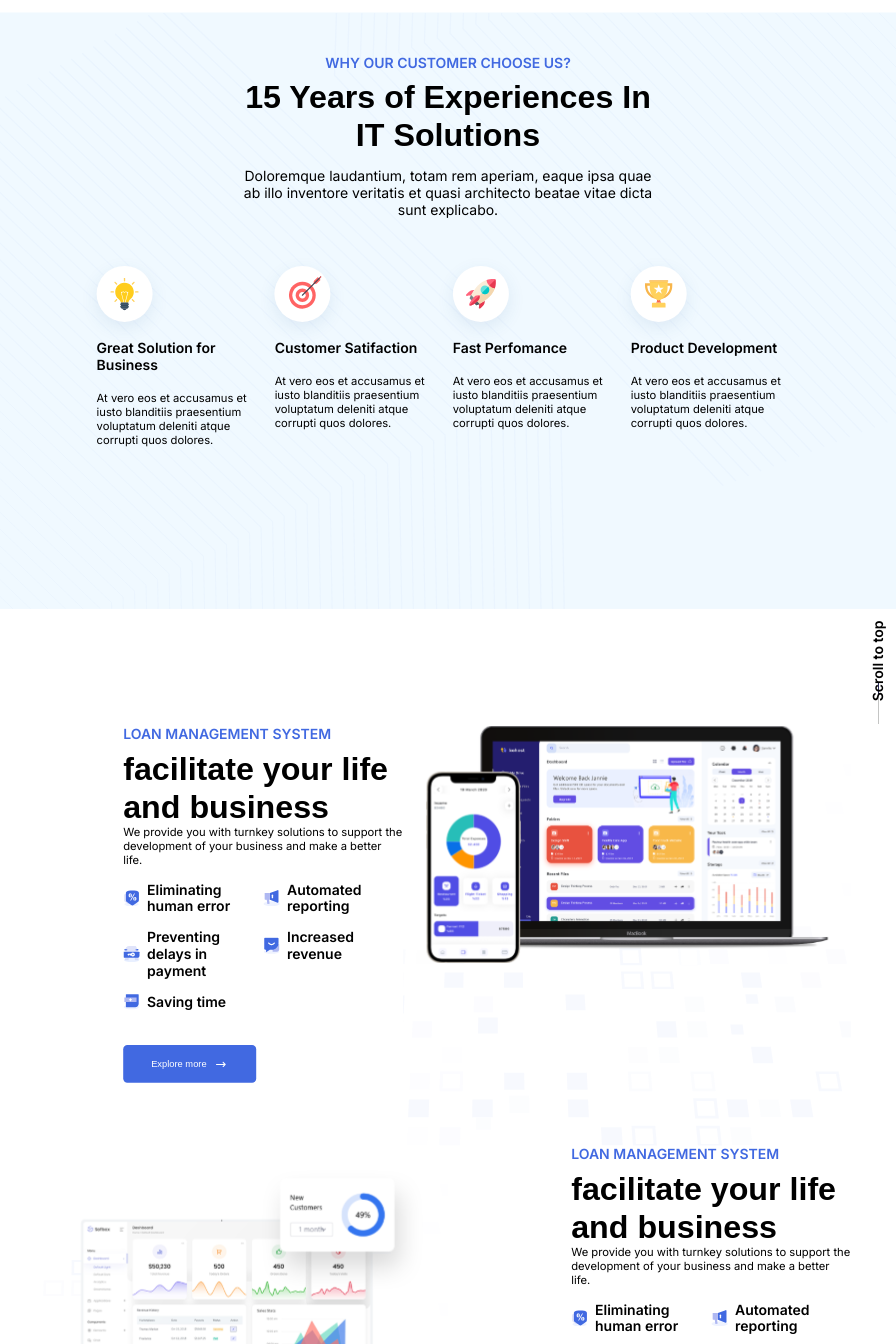
Repository: Chamsmey/static-html-css
Page: index.html
These files come from the project's save history. The page is drawn as it stood at one moment and after the next save; the edit follows.
The browser window is 1280 px wide. The pictures show the part of the page from y = 797 to 2717 px (the page is 3034 px tall), at 70% of full size.
Some web fonts or font styles are not loaded; a fallback is used.

Above is the page before, as saved 2022-11-15 15:48:04.

After the next save:
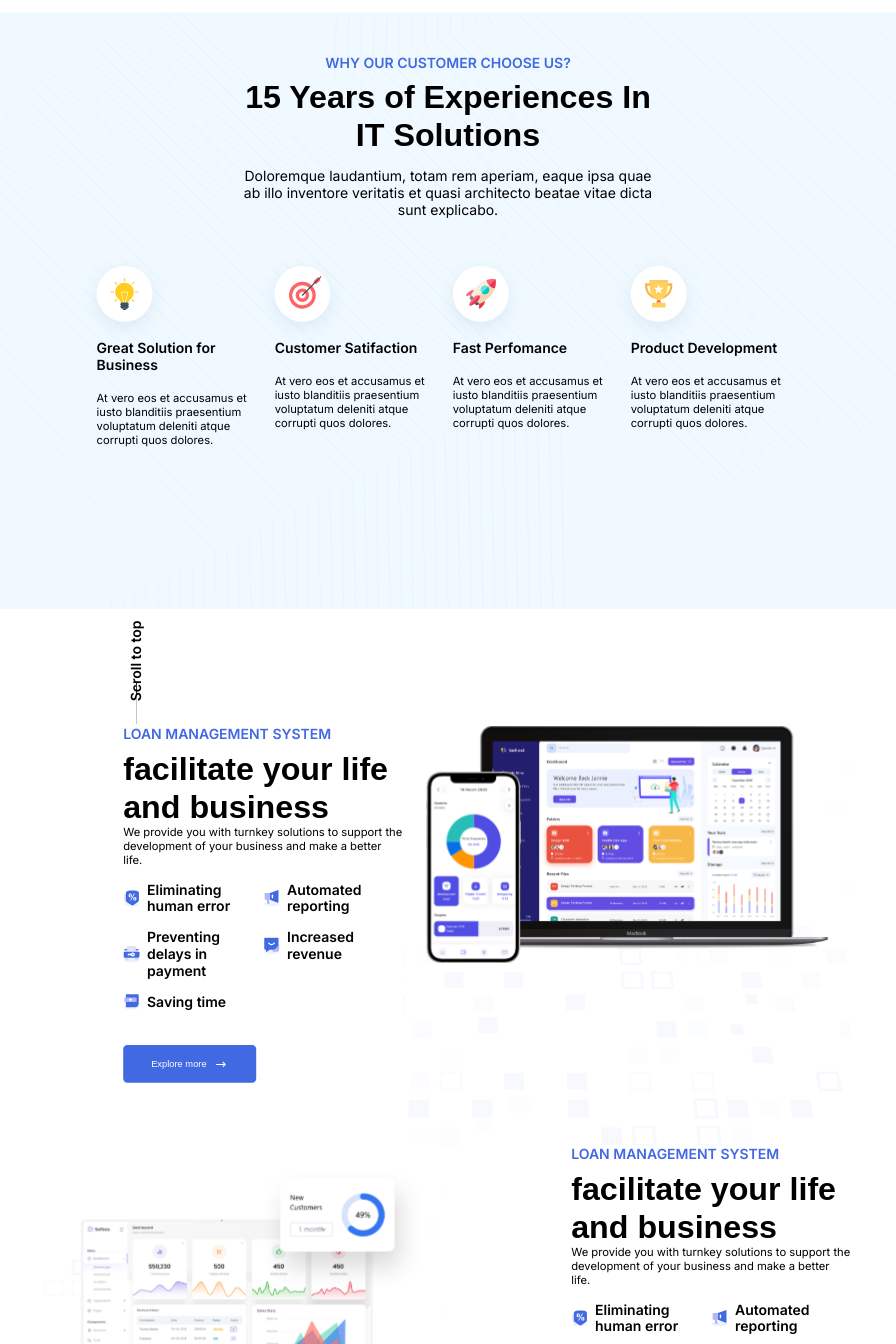
Saved 15 s later.
--- a/css/style.css
+++ b/css/style.css
@@ -376,7 +376,7 @@ height: 300px;
   width: 50px;
   height: 200px;
   /* background: red; */
-  left: 1700px;
+  left: 170px;
   top: 500px;
 
 }
